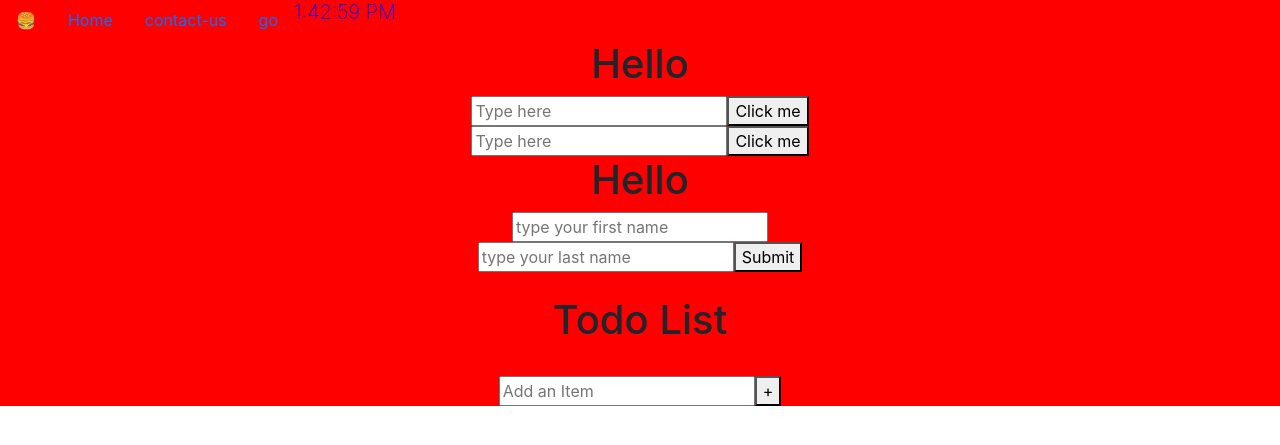
Repository: shah-zx/React-learning
Page: /
An editor plug-in stored every save of this project. The page is shown before and after the next save, followed by the edit.
The browser window is 1280 px wide. The pictures show the whole page.
The project was rebuilt for these pictures with package versions that can differ from the ones it lists, and the page was loaded fresh each time. Also part of the build but not shown: src/components/Greet.js, src/components/Welcome.js, src/components/Swagat.js, src/components/Namaste.js, src/components/Hello.js, src/components/ayiye.js, src/components/Message.js, src/components/Thought.js and 47 more. Imported but missing from the stored project, and not drawn on this page: src/components/Indexaskeyantipattern.

Above is the page before, as saved 2021-11-13 00:38:04.

After the next save:
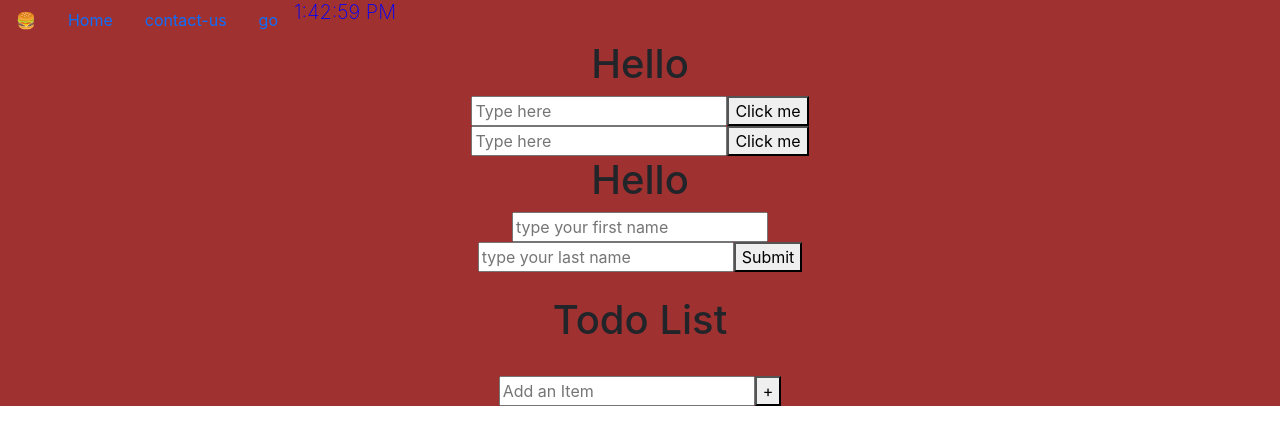
Saved 23 s later.
--- a/src/App.css
+++ b/src/App.css
@@ -1,6 +1,6 @@
 .App {
   text-align: center;
-  background-color: red;
+  background-color: rgb(160, 49, 49);
 }
 
 .App-logo {
